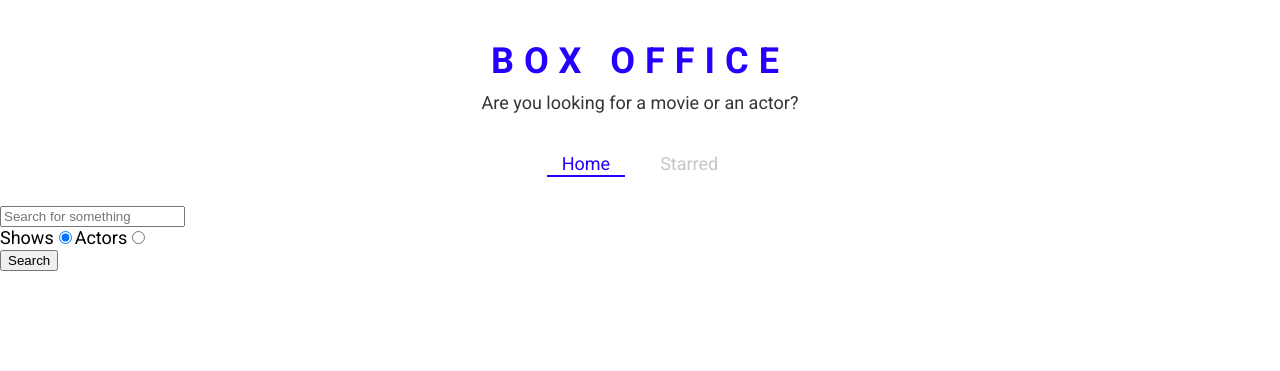
Repository: Hrishabhsinghai/box-office
Page: /
The author's editor kept a copy of each file at every save. The page is drawn from the files as they stood at one save, then again after the next save.
The browser window is 1280 px wide. The pictures show the whole page.
The project was rebuilt for these pictures with package versions that can differ from the ones it lists, and the page was loaded fresh each time. Also part of the build but not shown: src/components/styled.js, src/components/show/ShowMainData.styled.js, src/components/show/ShowMainData.js, src/components/show/Details.styled.js, src/components/show/Details.js, src/components/show/Seasons.styled.js, src/components/show/Seasons.js, src/components/show/Cast.styled.js and 10 more.

Above is the page before, as saved 2022-07-02 23:41:38.

After the next save:
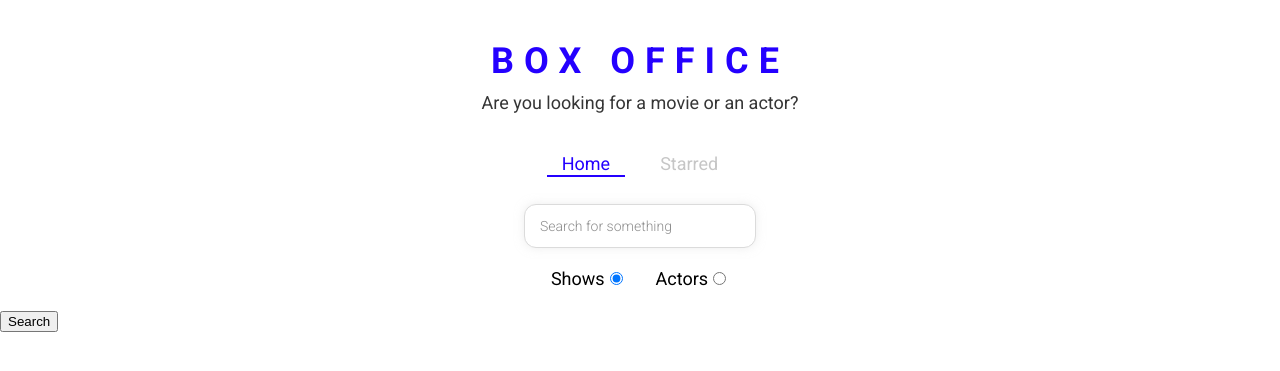
Saved 95 s later.
--- a/src/pages/Home.js
+++ b/src/pages/Home.js
@@ -4,6 +4,7 @@ import MainPageLayout from '../components/MainPageLayout';
 import ShowGrid from '../components/show/ShowGrid';
 import { apiGet } from '../misc/config';
 import { useLastQuery } from '../misc/custom-hooks';
+import { RadioInputsWrapper, SearchInput } from './Home.styled';
 
 const Home = () => {
   const [input, setInput] = useLastQuery();
@@ -50,7 +51,7 @@ const Home = () => {
 
   return (
     <MainPageLayout>
-      <input
+      <SearchInput
         type="text"
         placeholder="Search for something"
         onChange={onInputChange}
@@ -58,29 +59,33 @@ const Home = () => {
         value={input}
       />
       {/* adding radio buttons */}
-      <div>
-        <label htmlFor="shows-search">
-          Shows
-          <input
-            id="shows"
-            type="radio"
-            value="shows"
-            checked={isShowsSearch}
-            onChange={onRadioChange}
-          />
-        </label>
+      <RadioInputsWrapper>
+        <div>
+          <label htmlFor="shows-search">
+            Shows
+            <input
+              id="shows"
+              type="radio"
+              value="shows"
+              checked={isShowsSearch}
+              onChange={onRadioChange}
+            />
+          </label>
+        </div>
 
-        <label htmlFor="actors-search">
-          Actors
-          <input
-            id="actors-search"
-            type="radio"
-            value="people"
-            checked={!isShowsSearch}
-            onChange={onRadioChange}
-          />
-        </label>
-      </div>
+        <div>
+          <label htmlFor="actors-search">
+            Actors
+            <input
+              id="actors-search"
+              type="radio"
+              value="people"
+              checked={!isShowsSearch}
+              onChange={onRadioChange}
+            />
+          </label>
+        </div>
+      </RadioInputsWrapper>
 
       <button type="button" onClick={onSearch}>
         Search
